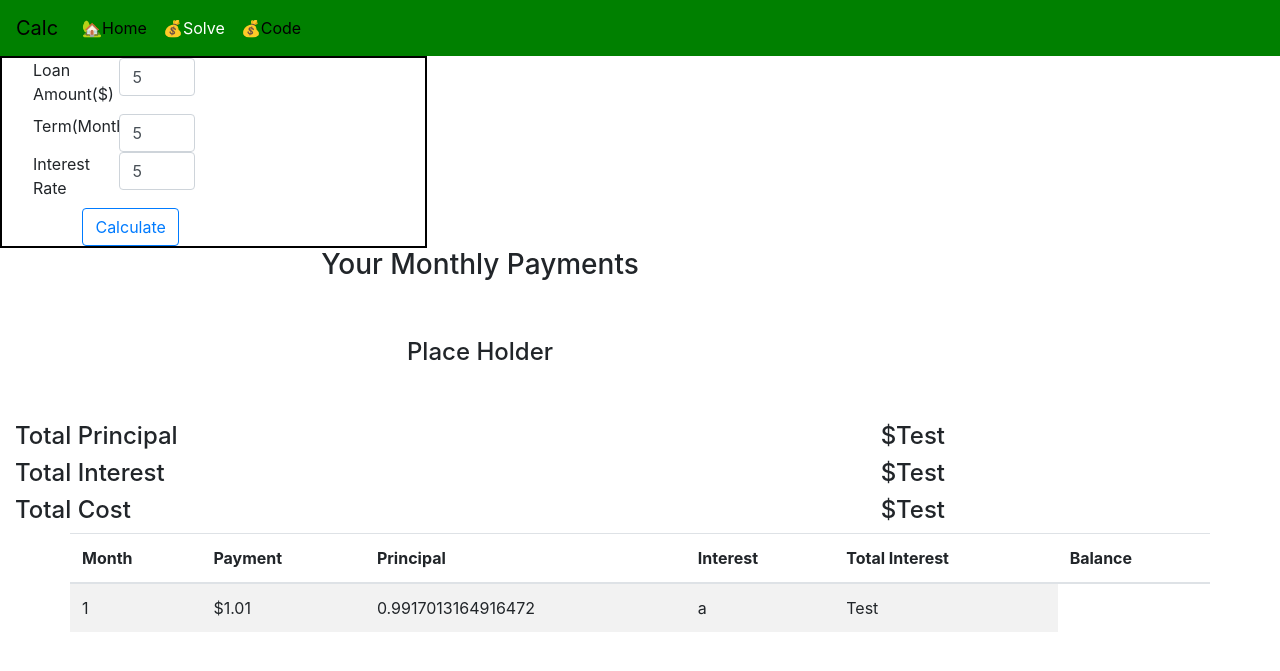
Repository: zhadjah9559/MortgageManager
Page: solve.html
An editor plug-in stored every save of this project. The page is shown before and after a run of saves, followed by the edit.
The browser window is 1280 px wide. The pictures show the whole page.
Empty fields were first filled with sample values (such as "Sample", 5 or name@example.com).
After loading, the first visible `button.btn` was clicked once.

Above is the page before, as saved 2021-01-16 14:20:16.

### solve.html
<!doctype html>
<html lang="en">
  <head>
    <title>Mortgage Loan Calculator</title>
    <!-- Required meta tags -->
    <meta charset="utf-8">
    <meta name="viewport" content="width=device-width, initial-scale=1, shrink-to-fit=no">

    <!-- Bootstrap CSS -->
    <link rel="stylesheet" href="https://stackpath.bootstrapcdn.com/bootstrap/4.3.1/css/bootstrap.min.css" integrity="sha384-ggOyR0iXCbMQv3Xipma34MD+dH/1fQ784/j6cY/iJTQUOhcWr7x9JvoRxT2MZw1T" crossorigin="anonymous">
    <link rel="stylesheet" href="css/custom.css">
    <link rel="stylesheet" href="css/prism.css">
  </head>
  <body>

    <nav class="navbar navbar-expand-sm navbar-dark" style="background-color: green;">
        <a class="navbar-brand" href="#">Calc</a>
        <button class="navbar-toggler d-lg-none" type="button" data-toggle="collapse" data-target="#collapsibleNavId" aria-controls="collapsibleNavId"
            aria-expanded="false" aria-label="Toggle navigation"></button>
        <div class="collapse navbar-collapse" id="collapsibleNavId">
            <ul class="navbar-nav mr-auto mt-2 mt-lg-0">
                <li class="nav-item ">
                    <a class="nav-link" href="index.html">🏡Home </a>
                </li>
                <li class="nav-item active">
                    <a class="nav-link" href="solve.html">💰Solve <span class="sr-only">(current)</span></a>
                </li>
                <li class="nav-item">
                    <a class="nav-link" href="code.html">💰Code</a>
                </li>
            </ul>
        </div>
    </nav>

    </div>

    <div class="container-fluid">
        <div class="row">

            <div class="col-lg-4" style="border:2px solid black;">
                <div class="row">
                    <div class="col-2 ml-3">
                        <label for="Loan Amount">Loan Amount($)</label>
                    </div>
                    <div class="col-3 ml-3">
                        <input type="number" class="form-control" id="loanAmount" placeholder="100000">
                    </div>
                </div>
                <div class="row">
                    <div class="col-2 ml-3">
                        <label for="Term">Term(Months)</label>
                    </div>
                    <div class="col-3 ml-3">
                        <input type="number" class="form-control" id="months" placeholder="60">
                    </div>
                </div>
                <div class="row">
                    <div class="col-2 ml-3">
                        <label for="Interest Rate">Interest Rate</label>
                    </div>
                    <div class="col-3 ml-3">
                        <input type="number" class="form-control" id="interestRate" placeholder="3.5%">
                    </div>
                </div>
                <div class="row offset-2">
                    <button class="btn btn-outline-primary" type="submit" onclick="calculateLoan()">Calculate</button>
                </div>
            </div>



            <div class="col-lg-9 mr-3" style="border:px solid black;">
                <div class="row justify-content-center">
                    <h3>Your Monthly Payments</h3>
                </div>


                <div class="row justify-content-center mt-5">
                    <h4 id="monthlyPayment">Place Holder</h4>
                </div>


                <div class="row justify-content-center mt-5">
                    <div class="col-3">
                        <h4>Total Principal</h4>
                    </div>
                    <div class="col-3 offset-6">
                        <h4 id="totalPrincipalOutput" class="text-right">$Test</h4>
                    </div>


                    <div class="col-3">
                        <h4>Total Interest</h4>
                    </div>
                    <div class="col-3 offset-6">
                        <h4 id="totalInterestOutput" class="text-right">$Test</h4>
                    </div>


                    <div class="col-3">
                        <h4>Total Cost</h4>
                    </div>
                    <div class="col-3 offset-6">
                        <h4 id="totalCostOutput" class="text-right">$Test</h4>
                    </div>

                </div>
            </div>

        </div>
    </div>


    <div class="container">
        <div class="row">
            <table class="table table-striped">
                <thead>
                    <tr>
                        <th>Month</th>
                        <th>Payment</th>
                        <th>Principal</th>
                        <th>Interest</th>
                        <th>Total Interest</th>
                        <th>Balance</th>
                    </tr>
                </thead>
                <tbody id="tBody">

                </tbody>
            </table>
        </div>
    </div>



    <!-- Optional JavaScript -->
    <!-- jQuery first, then Popper.js, then Bootstrap JS -->
    <script src="https://code.jquery.com/jquery-3.3.1.slim.min.js" integrity="sha384-q8i/X+965DzO0rT7abK41JStQIAqVgRVzpbzo5smXKp4YfRvH+8abtTE1Pi6jizo" crossorigin="anonymous"></script>
    <script src="https://cdnjs.cloudflare.com/ajax/libs/popper.js/1.14.7/umd/popper.min.js" integrity="sha384-UO2eT0CpHqdSJQ6hJty5KVphtPhzWj9WO1clHTMGa3JDZwrnQq4sF86dIHNDz0W1" crossorigin="anonymous"></script>
    <script src="https://stackpath.bootstrapcdn.com/bootstrap/4.3.1/js/bootstrap.min.js" integrity="sha384-JjSmVgyd0p3pXB1rRibZUAYoIIy6OrQ6VrjIEaFf/nJGzIxFDsf4x0xIM+B07jRM" crossorigin="anonymous"></script>
    <script src="js/custom.js"></script>
    <script src="js/prism.js"></script>
  </body>
</html>

### css/custom.css
.navbar-dark .navbar-nav .active>.nav-link{
    color:white;
}
.navbar-dark .navbar-nav .nav-link{
    color:black;
}
.navbar .navbar-brand{
    color:black;
}

### css/prism.css
/* PrismJS 1.23.0
https://prismjs.com/download.html#themes=prism-okaidia&languages=markup+css+clike+javascript&plugins=normalize-whitespace */
/**
 * okaidia theme for JavaScript, CSS and HTML
 * Loosely based on Monokai textmate theme by http://www.monokai.nl/
 * @author ocodia
 */

code[class*="language-"],
pre[class*="language-"] {
	color: #f8f8f2;
	background: none;
	text-shadow: 0 1px rgba(0, 0, 0, 0.3);
	font-family: Consolas, Monaco, 'Andale Mono', 'Ubuntu Mono', monospace;
	font-size: 1em;
	text-align: left;
	white-space: pre;
	word-spacing: normal;
	word-break: normal;
	word-wrap: normal;
	line-height: 1.5;

	-moz-tab-size: 4;
	-o-tab-size: 4;
	tab-size: 4;

	-webkit-hyphens: none;
	-moz-hyphens: none;
	-ms-hyphens: none;
	hyphens: none;
}

/* Code blocks */
pre[class*="language-"] {
	padding: 1em;
	margin: .5em 0;
	overflow: auto;
	border-radius: 0.3em;
}

:not(pre) > code[class*="language-"],
pre[class*="language-"] {
	background: #272822;
}

/* Inline code */
:not(pre) > code[class*="language-"] {
	padding: .1em;
	border-radius: .3em;
	white-space: normal;
}

.token.comment,
.token.prolog,
.token.doctype,
.token.cdata {
	color: #8292a2;
}

.token.punctuation {
	color: #f8f8f2;
}

.token.namespace {
	opacity: .7;
}

.token.property,
.token.tag,
.token.constant,
.token.symbol,
.token.deleted {
	color: #f92672;
}

.token.boolean,
.token.number {
	color: #ae81ff;
}

.token.selector,
.token.attr-name,
.token.string,
.token.char,
.token.builtin,
.token.inserted {
	color: #a6e22e;
}

.token.operator,
.token.entity,
.token.url,
.language-css .token.string,
.style .token.string,
.token.variable {
	color: #f8f8f2;
}

.token.atrule,
.token.attr-value,
.token.function,
.token.class-name {
	color: #e6db74;
}

.token.keyword {
	color: #66d9ef;
}

.token.regex,
.token.important {
	color: #fd971f;
}

.token.important,
.token.bold {
	font-weight: bold;
}
.token.italic {
	font-style: italic;
}

.token.entity {
	cursor: help;
}

### js/custom.js
function calculateLoan(){
    let loanAmount = parseInt( document.getElementById("loanAmount").value )
    let months = parseInt( document.getElementById("months").value )
    //before the very first month
    let remainingBalance = loanAmount;

    //DONT FORGET TO CONVERT THIS TO A PERCENTAGE
    let interestRate = parseInt( document.getElementById("interestRate").value )

    //Keep track of interest payments
    let interestPayment = new Array();

    //Keep track of principal payments
    let principalPayments = new Array();

    //END OF DECLARATIONS*******************************************************

    //input validation to make sure interest is solid number
    if(interestRate >= 100){

    }

    //Total Monthly Payment  ***STATIC variable***                                       //(1+rate/1200)^(-NumberOfMonths)
    const totalMonthlyPayment = (loanAmount) * (interestRate/1200) / (1 -   Math.pow( (1 + interestRate/1200) , (-months) ) )


    //loop will perform 60 times meaning you will get 60 indices
    for (let i = 0; i < months; i++) {
        //Interest Payment
        interestPayment.push(  (remainingBalance) * (interestRate/1200)  )

        //principal payment
        principalPayments.push(  totalMonthlyPayment - interestPayment  )

        remainingBalance -= principalPayments;
    }






    //will later on be used in order to display output
    let tBody ="";
    let output=["Hello","This","is","a","Test"];
    for (let i = 0; i < months; i+=5) {
        tBody += `<tr> <td>${i+1}</td> <td>$${  (Math.round(totalMonthlyPayment * 100) / 100).toFixed(2) }</td>
                  <td>${principalPayments[i]}</td> <td>${output[i+3]}</td>
                  <td>${output[i+4]}</td> </tr>`
    }
    document.getElementById("tBody").innerHTML = tBody


}

Loaded but not shown: js/prism.js (library)

After the next 2 saves:
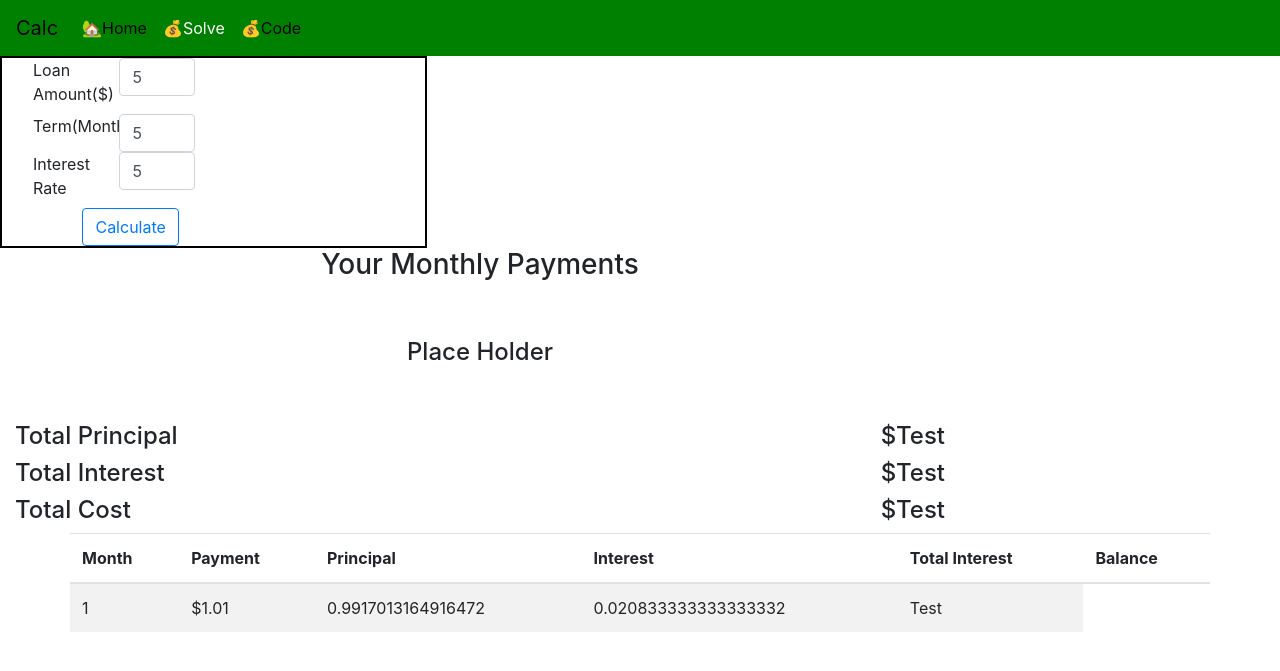
The 2 saves are shown as one change because they came seconds apart.
The last was saved 30 s later.
--- a/js/custom.js
+++ b/js/custom.js
@@ -45,7 +45,7 @@ function calculateLoan(){
     let output=["Hello","This","is","a","Test"];
     for (let i = 0; i < months; i+=5) {
         tBody += `<tr> <td>${i+1}</td> <td>$${  (Math.round(totalMonthlyPayment * 100) / 100).toFixed(2) }</td>
-                  <td>${principalPayments[i]}</td> <td>${output[i+3]}</td>
+                  <td>${principalPayments[i]}</td> <td>${interestPayment[i]}</td>
                   <td>${output[i+4]}</td> </tr>`
     }
     document.getElementById("tBody").innerHTML = tBody
